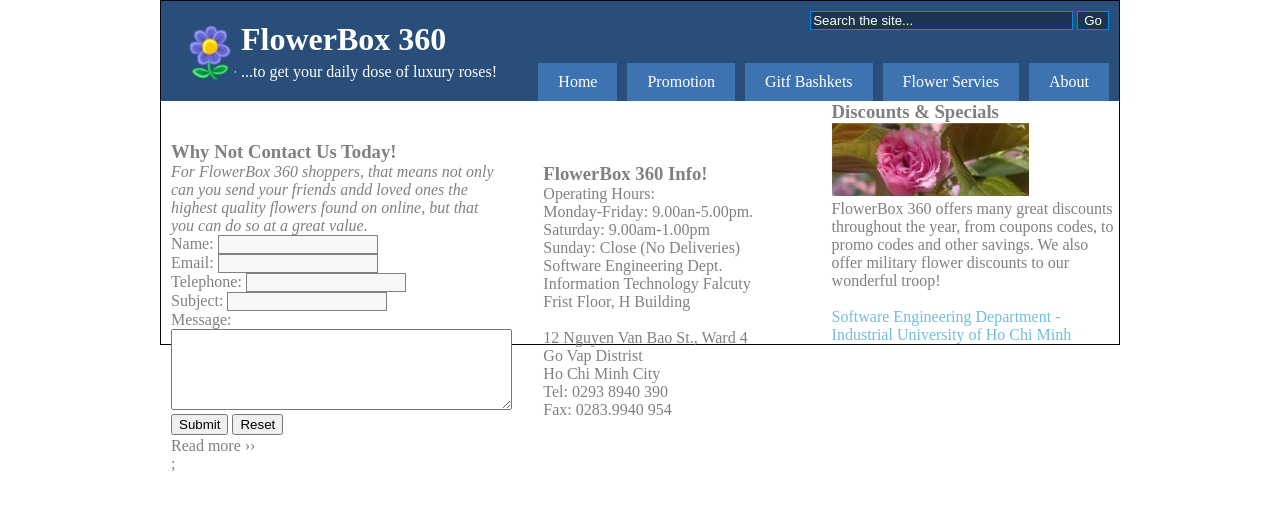
Repository: duongtheng/bai-tap-tuan-6
Page: html/index.html
The author's editor kept a copy of each file at every save. The page is drawn from the files as they stood at one save, then again after the next save.
The browser window is 1280 px wide. The pictures show the whole page.

Above is the page before, as saved 2022-03-23 14:06:37.

After the next save:
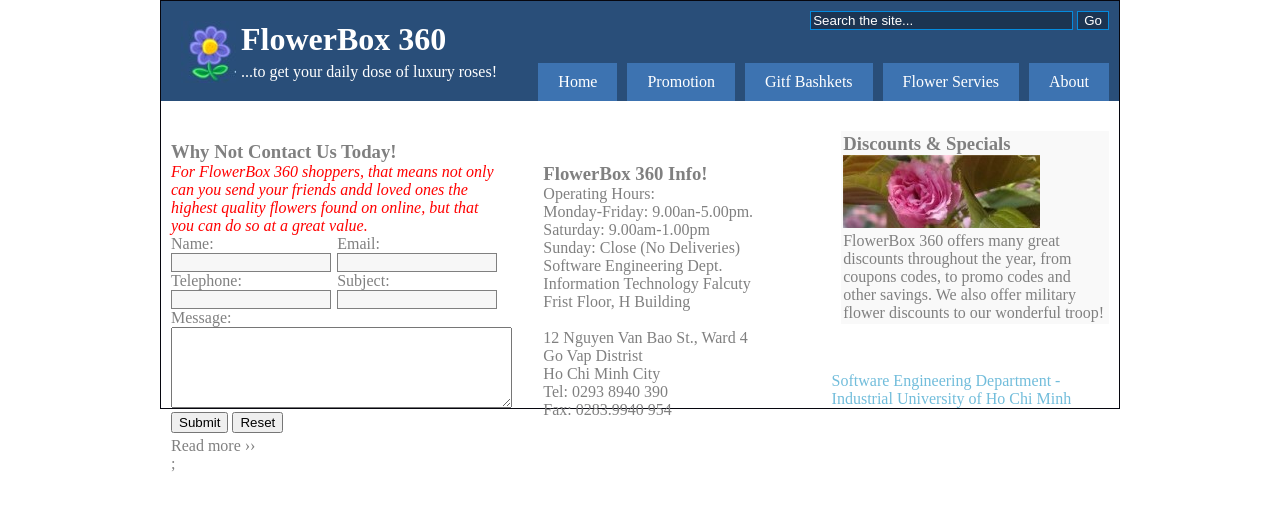
Saved 3 min 33 s later.
--- a/css/style.css
+++ b/css/style.css
@@ -99,3 +99,36 @@ section input{
     background-color: #f7f7f7;
     border: 1px solid gray;
 }
+
+section area{
+    background-color: #f7f7f7;
+    border: 1px solid gray;
+}
+
+section form p:first-child{
+    color: red;
+    text-shadow: 4px 4px 4px 5px green;
+}
+
+.section-right{
+    width: 40%;
+    float: right;
+}
+
+.form-col{
+    width: 50%;
+    float: left;
+}
+
+.form-row{
+    clear: both;
+    float: left;
+}
+
+aside{
+    width: 28%;
+    float: right;
+    margin: 30px 1%;
+    background-color: #f9f9f9;
+    padding: 2px;
+}
